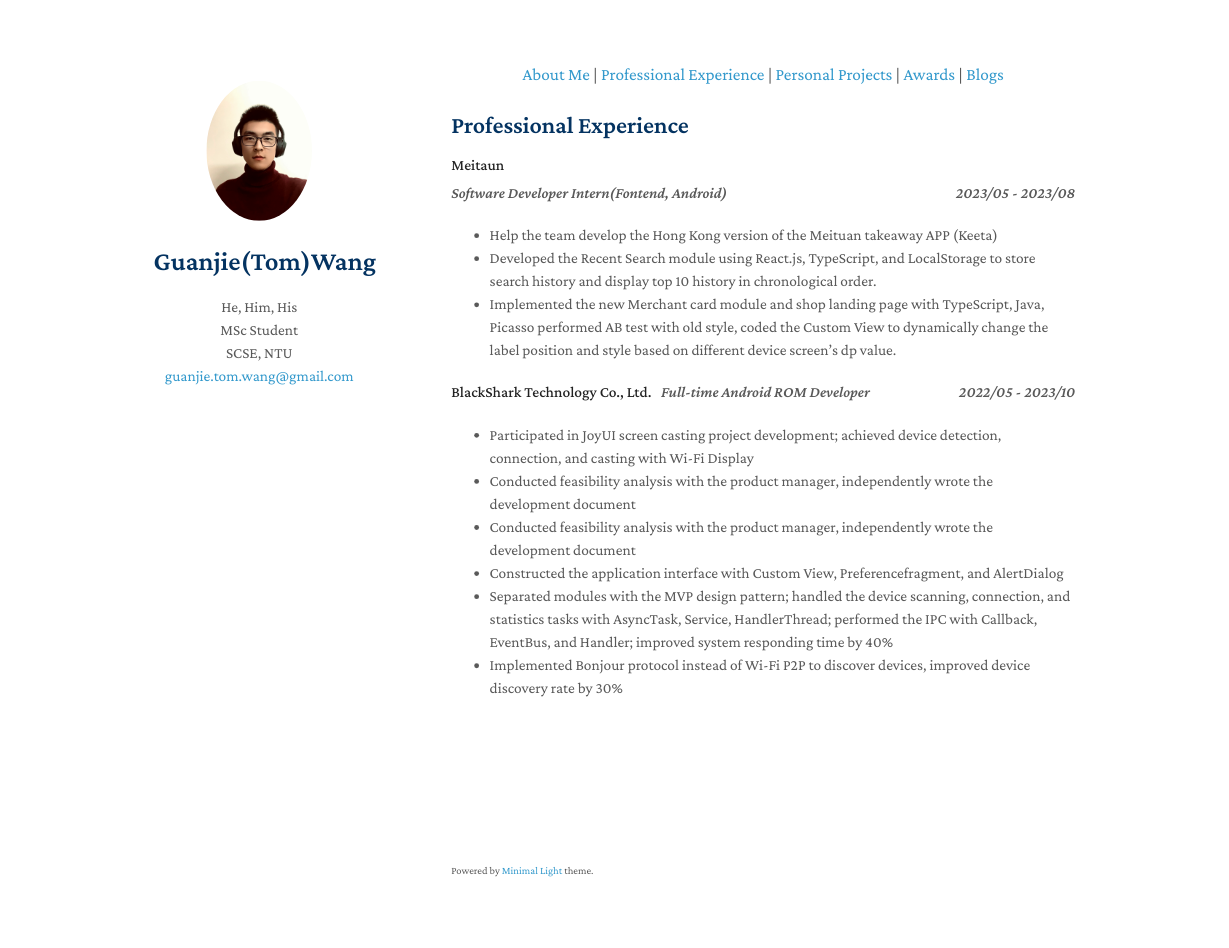
Repository: guanjie01/aboutme
Page: html/professional.html
These files come from the project's save history. The page is drawn as it stood at one moment and after the next save; the edit follows.
The browser window is 1280 px wide. The pictures show the whole page, at 96% of full size.

Above is the page before, as saved 2023-07-31 18:44:39.

### html/professional.html
<!DOCTYPE html>
<html lang="en" class="">
  <head>
    <meta http-equiv="Content-Type" content="text/html; charset=UTF-8" />
    <title>Guanjie Wang</title>
    <link rel="shortcut icon" href="../assert/Icon.ico" />
    <meta http-equiv="X-UA-Compatible" content="IE=edge" />
    <meta name="viewport" content="width=device-width, initial-scale=1" />
    <meta
      name="description"
      content="The Minimal Light is a simple and elegant jekyll theme for academic personal homepage."
    />

    <meta name="keywords" content="minimal academic" />

    <link rel="stylesheet" href="../css/academicons.min.css" />

    <link rel="stylesheet" href="../css/all.min.css" />

    <link rel="stylesheet" href="../css/style.css" />
    <link
      type="text/css"
      rel="stylesheet"
      charset="UTF-8"
      href="../css/translateelement.css"
    />
  </head>
  <script src="../js/Professional.js"></script>
  <body data-new-gr-c-s-check-loaded="14.1087.0" data-gr-ext-installed="">
    <div id="app">
      <div class="spinner">
        <div class="rect1"></div>
        <div class="rect2"></div>
        <div class="rect3"></div>
        <div class="rect4"></div>
        <div class="rect5"></div>
      </div>
      <p style="text-align: center; font-size: 28px">Loading, please wait... </p>
    </div>
    <div class="wrapper">
    <header id="hd">
      <a class="image avatar"
        ><img
          src="../assert/Photo.jpg"
          alt="avatar"
          oncontextmenu="return false"
      /></a>

      <h1>Guanjie(Tom)Wang</h1>
      He, Him, His
      <br />
      MSc Student
      <br />

      SCSE, NTU

      <br />
      <a href="mailto: guanjie.tom.wang@gmail.com"
        >guanjie.tom.wang@gmail.com</a
      >
    </header>
    <section id="main">
      <nav id="nav">
        <a href="https://o-guanjiewang-o.github.io/guanjiewang.com/index.html">About Me</a> |
        <a href="https://o-guanjiewang-o.github.io/guanjiewang.com/html/professional.html">Professional Experience</a> |
        <a href="https://o-guanjiewang-o.github.io/guanjiewang.com/html/project.html">Personal Projects</a> |
        <a href="https://o-guanjiewang-o.github.io/guanjiewang.com/html/awards.html">Awards</a> |
        <a href="https://o-guanjiewang-o.github.io/guanjiewang.com/html/blogs.html">Blogs</a>
      </nav>
      <br />
      <div id="work-experience">
        <h2>Professional Experience</h2>
      <p>
          <strong style="float:left;margin-right:10px;">Meitaun</strong>
        </p>
        <br/>
        <p>
          <em style="float:left;">Software Developer Intern(Fontend, Android)</em>

          <em style="float:right;margin-left:10px;">2023/05 - 2023/08</em>
        </p>

        <br/>
        <ul>
          <li>
            Help the team develop the Hong Kong version of the Meituan takeaway APP (Keeta)
          </li>
          <li>
            Developed the Recent Search module using React.js, TypeScript, and LocalStorage to store search history and display top 10 history in chronological order.
          </li>
          <li>
            Implemented the new Merchant card module and shop landing page with TypeScript, Java, Picasso performed AB test with old style, coded the Custom View to dynamically change the label position and style based on different device screen’s dp value.
          </li>
        </ul>


        <p>
          <strong style="float:left;margin-right:10px;">BlackShark Technology Co., Ltd.<br></strong>

          <em style="float:left;">Full-time Android ROM Developer</em>

          <em style="float:right;margin-left:10px;">2022/05 - 2023/10</em>
      </br>
         </p>

        <ul>
          <li>
            Participated in JoyUI screen casting project development; achieved
            device detection, connection, and casting with Wi-Fi Display
          </li>
          <li>
            Conducted feasibility analysis with the product manager,
            independently wrote the development document
          </li>
          <li>
            Conducted feasibility analysis with the product manager,
            independently wrote the development document
          </li>
          <li>
            Constructed the application interface with Custom View,
            Preferencefragment, and AlertDialog
          </li>
          <li>
            Separated modules with the MVP design pattern; handled the device
            scanning, connection, and statistics tasks with AsyncTask, Service,
            HandlerThread; performed the IPC with Callback, EventBus, and
            Handler; improved system responding time by 40%
          </li>
          <li>
            Implemented Bonjour protocol instead of Wi-Fi P2P to discover
            devices, improved device discovery rate by 30%
          </li>
        </ul>
      </div>

      <div id="reference">
        <br /><br /><br /><br /><br /><br />

        <p>
          <small
            >Powered by
            <a
              href="https://github.com/yaoyao-liu/minimal-light"
              target="_blank"
              rel="noopener"
              >Minimal Light</a
            >
            theme.</small
          >
        </p>
      </div>
    </section>
  </div>
  </body>
</html>

### css/style.css
@import url("https://fonts.googleapis.com/css2?family=Crimson+Pro:ital,wght@0,400;0,500;0,600;1,600&display=swap");
@import url("https://fonts.googleapis.com/css2?family=Ubuntu+Mono&display=swap");
body {
  background-color: #fff;
  padding: 0px;
  font: 16px/1.5 Crimson Pro, serif;
  color: #595959;
  font-weight: 400;
  margin: 0;
}
@keyframes fadeInAnimation {
  0% {
    opacity: 0; /*设置不透明度*/
  }
  100% {
    opacity: 1;
  }
}
.social-icons a {
  display: inline-block;
  height: 3rem;
  width: 3rem;
  background-color: #495057;
  color: #fff !important;
  border-radius: 100%;
  text-align: center;
  font-size: 1.5rem;
  line-height: 3.1rem;
  margin-right: 1rem;
}
.social-icons a:last-child {
  margin-right: 0;
}
.social-icons a:hover {
  background-color: #000000;
}
autocolor {
  color: #494949;
}
lightonly {
  visibility: visible;
}
darkonly {
  visibility: hidden;
}
education {
  font-weight: 500;
  font-size: 115%;
}
papertitle {
  font-weight: 600;
  font-size: 100%;
}
@media (prefers-color-scheme: dark) {
  body {
    background-color: #20212b;
    color: #dadbdf;
  }
  autocolor {
    color: #dadbdf;
  }
  lightonly {
    visibility: hidden;
  }
  darkonly {
    visibility: visible;
  }
  papertitle {
    color: #eeeff0;
  }
}
.image {
  border-radius: 0.35em;
  border: 0;
  display: inline-block;
  position: relative;
}
.image:before {
  -moz-transition: opacity 0.2s ease-in-out;
  -webkit-transition: opacity 0.2s ease-in-out;
  -ms-transition: opacity 0.2s ease-in-out;
  transition: opacity 0.2s ease-in-out;
  border-radius: 0.35em;
  content: "";
  display: block;
  height: 100%;
  left: 0;
  opacity: 0.5;
  position: absolute;
  top: 0;
  width: 100%;
}
.image.avatar {
  border-radius: 100%;
}
.image.avatar:before {
  display: none;
}
.image.avatar img {
  border-radius: 100%;
  width: 50%;
  padding: 20px;
}
#header .image.avatar {
  margin: 0 0 1em 0;
  width: 8em;
}
h1,
h3,
h4,
h5,
h6 {
  font-weight: 600;
  color: #043361;
  margin: 0 0 20px;
}
h2 {
  color: #043361;
  margin: 2px 0px 15px;
  font-size: 157%;
}
@media (prefers-color-scheme: dark) {
  h1,
  h3,
  h4,
  h5,
  h6 {
    color: #3eb7f0;
  }
  h2 {
    color: #3eb7f0;
  }
}
p,
ul,
ol,
table,
pre,
dl {
  margin: 0 0 20px;
}
h1,
h2,
h3 {
  line-height: 1.1;
}
h1 {
  font-size: 28px;
}
a {
  color: #39c;
  text-decoration: none;
}
a:hover {
  color: #069;
}
@media (prefers-color-scheme: dark) {
  a {
    color: #3eb7f0;
  }
}
a small {
  font-size: 11px;
  color: #777;
  margin-top: -0.3em;
  display: block;
}
a:hover small {
  color: #777;
}
.wrapper {
  width: 960px;
  margin: 0 auto;
}
blockquote {
  border-left: 1px solid #e5e5e5;
  margin: 0;
  padding: 0 0 0 20px;
  font-style: italic;
}
code,
pre {
  font-family: Monaco, Bitstream Vera Sans Mono, Lucida Console, Terminal,
    Consolas, Liberation Mono, DejaVu Sans Mono, Courier New, monospace;
  color: #333;
}
pre {
  max-width: 500px;
  padding: 8px 15px;
  background: #f8f8f8;
  border-radius: 5px;
  border: 1px solid #e5e5e5;
  overflow-x: auto;
}
table {
  width: 100%;
  border-collapse: collapse;
}
th,
td {
  text-align: left;
  padding: 5px 10px;
  border-bottom: 1px solid #e5e5e5;
}
dt {
  color: #444;
  font-weight: 500;
}
th {
  color: #444;
}
@media (prefers-color-scheme: dark) {
  th {
    color: #3eb7f0;
  }
  dt {
    color: #3eb7f0;
  }
}
img {
  max-width: 100%;
}
header {
  width: 220px;
  float: left;
  position: fixed;
  -webkit-font-smoothing: subpixel-antialiased;
  padding-top: 4em;
  text-align: center;
  animation: 1s fadeInAnimation;
  animation-iteration-count: 1;
  animation-fill-mode: forwards;
}
nav {
  text-align: center;
  font-size: large;
  animation: 1s fadeInAnimation;
  animation-iteration-count: 1;
  animation-fill-mode: forwards;
}
#about-me {
  animation: 1s fadeInAnimation;
  animation-iteration-count: 1;
  animation-fill-mode: forwards;
}
#work-experience {
  animation: 1s fadeInAnimation;
  animation-iteration-count: 1;
  animation-fill-mode: forwards;
}

#project {
  animation: 1s fadeInAnimation;
  animation-iteration-count: 1;
  animation-fill-mode: forwards;
}
#Awards {
  animation: 1s fadeInAnimation;
  animation-iteration-count: 1;
  animation-fill-mode: forwards;
}
#reference {
  animation: 1s fadeInAnimation;
  animation-iteration-count: 1;
  animation-fill-mode: forwards;
}
header ul {
  list-style: none;
  height: 40px;
  padding: 0;
  background: #f4f4f4;
  border-radius: 5px;
  border: 1px solid #e0e0e0;
  width: 270px;
}
header li {
  width: 89px;
  float: left;
  border-right: 1px solid #e0e0e0;
  height: 40px;
}
header li:first-child a {
  border-radius: 5px 0 0 5px;
}
header li:last-child a {
  border-radius: 0 5px 5px 0;
}
header ul a {
  line-height: 1;
  font-size: 11px;
  color: #999;
  display: block;
  text-align: center;
  padding-top: 6px;
  height: 34px;
}
header ul a:hover {
  color: #999;
}
header ul a:active {
  background-color: #f0f0f0;
}
strong {
  color: #222;
  font-weight: 500;
}
@media (prefers-color-scheme: dark) {
  strong {
    color: #eeeff0;
  }
}
header ul li + li + li {
  border-right: none;
  width: 89px;
}
header ul a strong {
  font-size: 14px;
  display: block;
  color: #222;
}
section {
  width: 650px;
  float: right;
  padding-top: 4em;
  padding-bottom: 50px;
}
small {
  font-size: 11px;
}
hr {
  border: 0;
  background: #e5e5e5;
  height: 1px;
  margin: 0 0 20px;
}
footer {
  width: 220px;
  float: left;
  position: fixed;
  bottom: 30px;
  -webkit-font-smoothing: subpixel-antialiased;
  text-align: center;
}
@media print, screen and (max-width: 960px) {
  div.wrapper {
    width: auto;
    margin: 0;
  }
  header,
  section,
  footer {
    float: none;
    position: static;
    width: auto;
  }
  header {
    padding-right: 320px;
  }
  section {
    border: 1px solid #e5e5e5;
    border-width: 1px 0;
    padding: 20px 0;
    margin: 0 0 20px;
  }
  header a small {
    display: inline;
  }
  header ul {
    position: absolute;
    right: 50px;
    top: 52px;
  }
  .image.avatar img {
    border-radius: 100%;
    width: 117px;
    padding: 20px;
  }
  #head1o2 {
    visibility: hidden;
  }
  #head2o2 {
    visibility: hidden;
  }
}
@media print, screen and (max-width: 960px) {
  body {
    word-wrap: break-word;
    padding: 15px;
  }
  header {
    padding: 0;
  }
  pre,
  code {
    word-wrap: normal;
  }
}
@media print, screen and (max-width: 480px) {
  body {
    padding: 15px;
  }
  header ul {
    width: 99%;
  }
  header li,
  header ul li + li + li {
    width: 33%;
  }
  .image.avatar img {
    border-radius: 100%;
    width: 95px;
    padding: 20px;
  }
  #head1o2 {
    visibility: hidden;
  }
  #head2o2 {
    visibility: hidden;
  }
}
@media print {
  body {
    padding: 0.4in;
    font-size: 12pt;
    color: #444;
  }
}
.biblink {
  text-decoration: none;
  display: inline;
  margin-right: 0px;
}
.fakelink {
  text-decoration: none;
  cursor: pointer;
}
.bibref {
  font-size: 70%;
  margin-top: 10px;
  margin-left: 0px;
  display: none;
  font-family: monospace;
}

.spinner {
  margin: 50px auto;
  width: 300px;
  height: 300px;
  text-align: center;
  font-size: 10px;
}

.spinner > div {
  background-color: #043361;
  height: 100%;
  width: 20px;
  display: inline-block;
  -webkit-animation: stretchDelay 1.2s infinite ease-in-out;
  animation: stretchDelay 1.2s infinite ease-in-out;
}

.spinner .rect2 {
  margin-left: 30px;
  -webkit-animation-delay: -1.1s;
  animation-delay: -1.1s;
}

.spinner .rect3 {
  margin-left: 30px;
  -webkit-animation-delay: -1s;
  animation-delay: -1s;
}

.spinner .rect4 {
  margin-left: 30px;
  -webkit-animation-delay: -0.9s;
  animation-delay: -0.9s;
}

.spinner .rect5 {
  margin-left: 30px;
  -webkit-animation-delay: -0.8s;
  animation-delay: -0.8s;
}

@-webkit-keyframes stretchDelay {
  0%,
  40%,
  100% {
    -webkit-transform: scaleY(0.4);
  }
  20% {
    -webkit-transform: scaleY(1);
  }
}

@keyframes stretchDelay {
  0%,
  40%,
  100% {
    transform: scaleY(0.4);
    -webkit-transform: scaleY(0.4);
  }
  20% {
    transform: scaleY(1);
    -webkit-transform: scaleY(1);
  }
}

Loaded but not shown: css/academicons.min.css (library); css/all.min.css (library); js/Professional.js (22 lines, source omitted); css/translateelement.css (924 lines, source omitted)

After the next save:
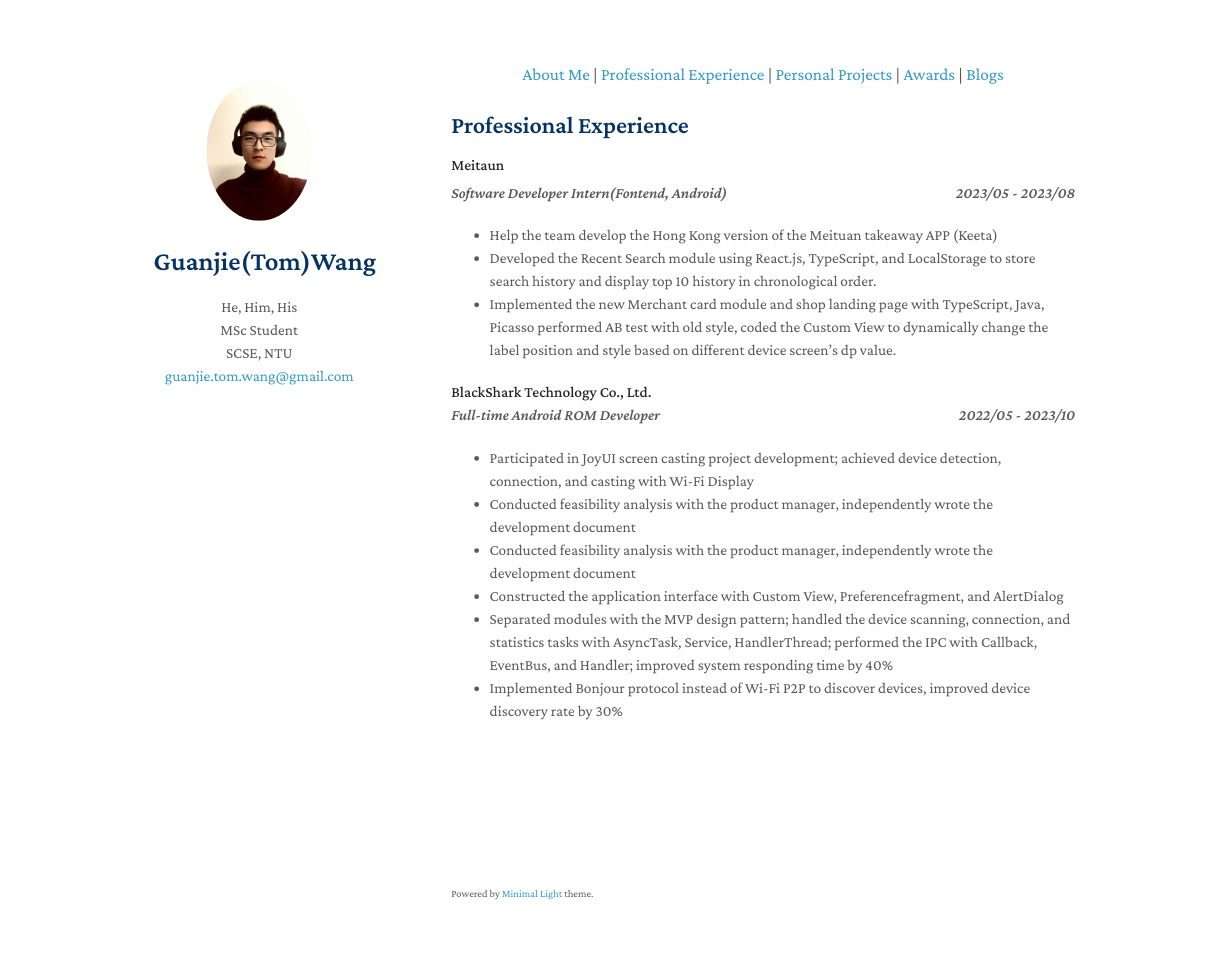
Saved 67 s later.
--- a/html/professional.html
+++ b/html/professional.html
@@ -76,7 +76,6 @@
         <br/>
         <p>
           <em style="float:left;">Software Developer Intern(Fontend, Android)</em>
-
           <em style="float:right;margin-left:10px;">2023/05 - 2023/08</em>
         </p>
 
@@ -95,14 +94,15 @@
 
 
         <p>
-          <strong style="float:left;margin-right:10px;">BlackShark Technology Co., Ltd.<br></strong>
-
+          <strong style="float:left;margin-right:10px;">BlackShark Technology Co., Ltd.</strong>
+         </p>
+        <br/>
+        <p>
           <em style="float:left;">Full-time Android ROM Developer</em>
 
           <em style="float:right;margin-left:10px;">2022/05 - 2023/10</em>
-      </br>
-         </p>
-
+        </p>
+        <br/>
         <ul>
           <li>
             Participated in JoyUI screen casting project development; achieved
